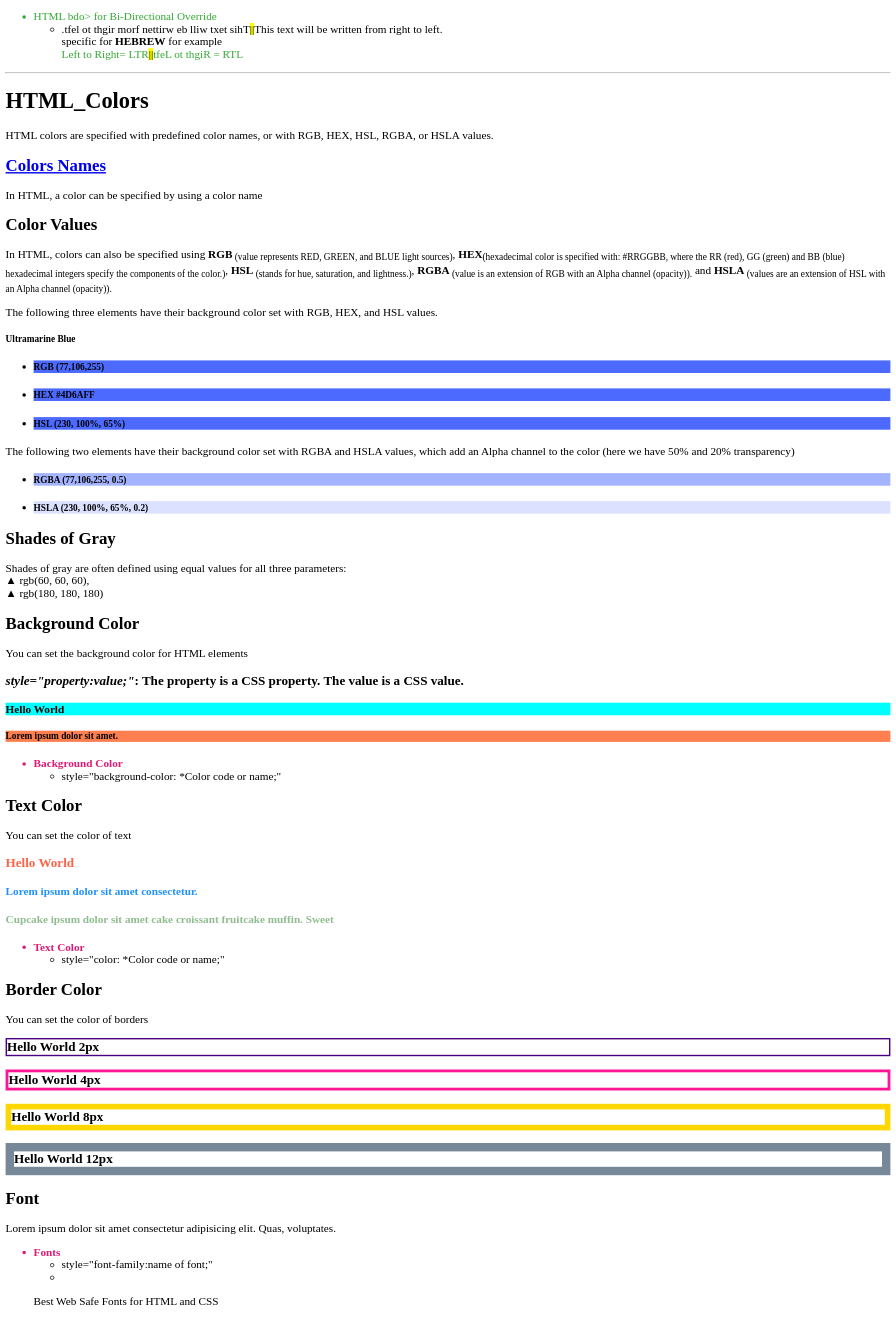
Repository: AnnaSpirit/2025_
Page: Bases/OK/HTML_Text_Formatting.html
The author's editor kept a copy of each file at every save. The page is drawn from the files as they stood at one save, then again after a run of saves.
The browser window is 1280 px wide. The pictures show the part of the page from y = 1327 to 3247 px (the page is 3211 px tall before and 3247 px after), at 70% of full size.

Above is the page before, as saved 2025-01-09 15:43:47.

After the next 2 saves:
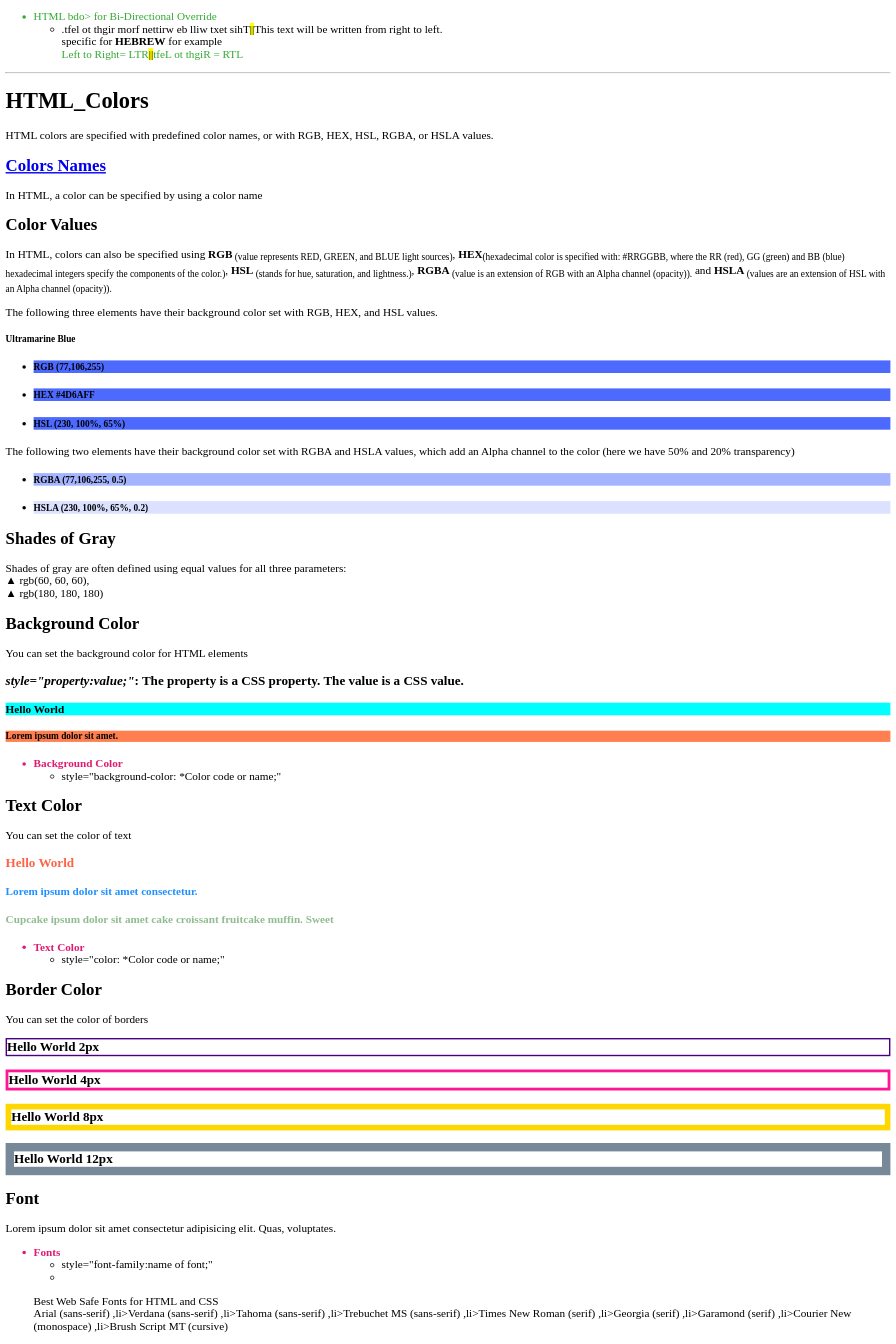
The 2 saves are shown as one change because they came seconds apart.
The last was saved 25 s later.
--- a/Bases/OK/HTML_Text_Formatting.html
+++ b/Bases/OK/HTML_Text_Formatting.html
@@ -225,15 +225,15 @@
 
         The following list are the best web safe fonts for HTML and CSS:
 
-        Arial (sans-serif)
-        Verdana (sans-serif)
-        Tahoma (sans-serif)
-        Trebuchet MS (sans-serif)
-        Times New Roman (serif)
-        Georgia (serif)
-        Garamond (serif)
-        Courier New (monospace)
-        Brush Script MT (cursive)
+        ,li>Arial (sans-serif)
+        ,li>Verdana (sans-serif)
+        ,li>Tahoma (sans-serif)
+        ,li>Trebuchet MS (sans-serif)
+        ,li>Times New Roman (serif)
+        ,li>Georgia (serif)
+        ,li>Garamond (serif)
+        ,li>Courier New (monospace)
+        ,li>Brush Script MT (cursive)
 </p>
     </p>
     </p>
